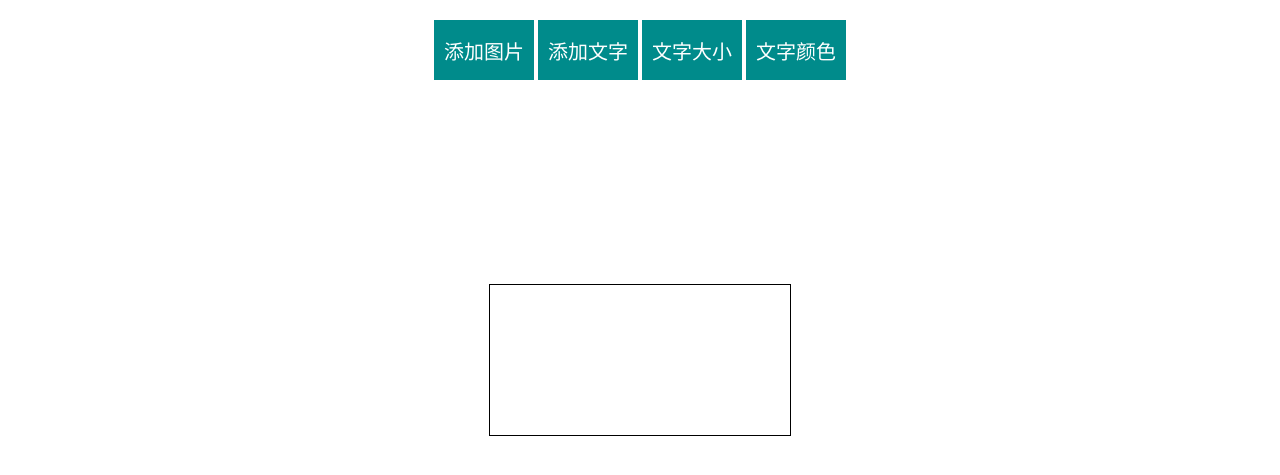
Repository: Xekin-FE/canvas-image-editor
Page: index.html
The author's editor kept a copy of each file at every save. The page is drawn from the files as they stood at one save, then again after the next save.
The browser window is 1280 px wide. The pictures show the whole page.

Above is the page before, as saved 2018-12-14 16:49:11.

### index.html
<!DOCTYPE html>
<html lang="en">
<head>
    <meta charset="UTF-8">
    <meta name="viewport" content="width=device-width, initial-scale=1.0">
    <meta http-equiv="X-UA-Compatible" content="ie=edge">
    <title>小程序</title>
</head>
<link rel="stylesheet" href="./static/css/main.css">
<body>
    <div id="app">
        <canvas id="main"></canvas>
        <div class="components">
            <button onclick="addImage();">添加图片</button>
            <button onclick="addText();">添加文字</button>
            <button onclick="changeTextSize();">文字大小</button>
            <button onclick="changeTextColor();">文字颜色</button>
        </div>
    </div>
    <script src="canvas.min.js"></script>
    <script>
        let can = document.getElementById('main');
        let canvas = new Canvas(can)
        const addImage = () => {
            canvas.createImage('./static/image/test1.jpg')
        };
        const addText = () => {
            canvas.createText()
        };
        const changeTextColor = () => {
            console.log('changeTextColor')
        }
        const changeTextSize = () => {
            console.log('changeTextSize')
        }
    </script>
</body>
</html>
<!-- var c = document.getElementById("myCanvas");
c.width=img.width;
c.height=img.height;
var cxt = c.getContext("2d");
cxt.fillStyle = "rgba(255, 255, 255, 0)";
cxt.fillRect(0, 0, c.width, c.height);
cxt.drawImage(img,0,0);
cxt.save();
cxt.font = fsz+"px Arial";
cxt.textBaseline = 'middle';//更改字号后，必须重置对齐方式，否则居中麻烦。设置文本的垂直对齐方式
cxt.textAlign = 'center';
var tw = cxt.measureText(text).width;
var ftop = 2 * c.height/3-5;
var fleft = c.width/2;
cxt.fillStyle="#ff0000";
cxt.fillRect(fleft-tw/2,ftop-fsz/2,tw,fsz);//矩形在画布居中方式
cxt.fillStyle="#ffffff";
cxt.fillText(text,fleft,ftop);//文本元素在画布居中方式
cxt.strokeStyle = 'white';
cxt.strokeText(text,fleft,ftop);//文字边框 -->

### static/css/main.css
*{
    padding: 0;
    margin: 0;
}
html,body{
    height: 100%;
}
#app{
    width: 100vw;
    height: 100%;
    position: relative;
}
#app #main{
    border: 1px solid #000;
    position: absolute;
    top: 50%;left: 50%;
    transform: translate(-50%,-50%);
    z-index: 1;
}
#app #edit{
    border: 1px solid #000;
    position: absolute;
    top: 50%;left: 50%;
    transform: translate(-50%,-50%);
    z-index: 2;
}
#app .components{
    text-align: center;
    padding: 20px;
}
#app .components button{
    width: 100px;
    height: 60px;
    font-size: 20px;
    background: darkcyan;
    color: #fff;
    border: 0;
    outline: none;
}

### canvas.min.js
class Base {
    constructor(opt){
        this.x = opt.x
        this.y = opt.y
        this.zIndex = opt.zIndex //图层
        this.rotate = opt.rotate
        this.opacity = 1
    }
    dragUpdate(start, end){
    // 位置更新
    }
    scaleUpdate(start, end){
    // 缩放更新
    // 角度处理
    // 放大处理
    }
    opacityUpdate(value){
        this.opacity = value
    }
};

class Text extends Base{
    constructor(opt){
        super(opt)
        this.content = '点击编辑文字'
        this.fontSize = '20px'
        this.fontWeight = '400'
        this.fontColor = '#fff'
        this.fontFamily = 'Microsoft Yahei'
        this.isFillBg = false
    }
    initUpdate(){

    }
    update(property, value){
        //一次操作只能更改一种属性
        this[property] = value
    }
};

class Canvas {
    constructor(obj){
        this.author = 'Xekin'
        this.can = obj
        this.ctx = obj.getContext('2d')
        this.img = new Image()
    }
    createText(){
        console.log('createText')
        var a = new Text()
        a.initUpdate()
    }
    createImage(src){
        console.log('createImage')
        this.img.src = src;
        let maxHeight = 600;
        let maxWidth = 360;
        this.img.onload = () => {
            let imgwidth = this.img.width / this.img.height > 1 ? maxWidth : maxHeight/this.img.height*this.img.width;
            let imgheight = this.img.width / this.img.height > 1 ? maxWidth/this.img.width*this.img.height : maxHeight;
            this.can.width = imgwidth;
            this.can.height = imgheight;
            this.ctx.drawImage(this.img, 0, 0, imgwidth, imgheight);
            this.ctx.save();
        }
    }
};

After the next save:
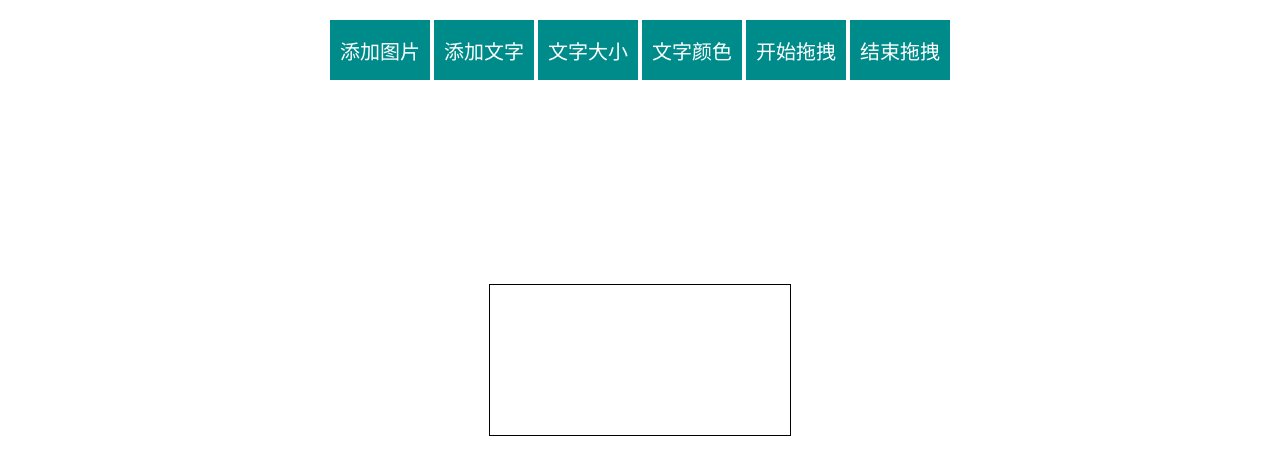
Console error: ReferenceError: Editor is not defined
Saved 2 min 48 s later.
--- a/index.html
+++ b/index.html
@@ -10,29 +10,40 @@
 <body>
     <div id="app">
         <canvas id="main"></canvas>
+        <canvas id="edit"></canvas>
         <div class="components">
             <button onclick="addImage();">添加图片</button>
             <button onclick="addText();">添加文字</button>
             <button onclick="changeTextSize();">文字大小</button>
             <button onclick="changeTextColor();">文字颜色</button>
+            <button onclick="editText();">开始拖拽</button>
+            <button onclick="endText();">结束拖拽</button>
         </div>
     </div>
     <script src="canvas.min.js"></script>
     <script>
-        let can = document.getElementById('main');
-        let canvas = new Canvas(can)
+        let can1 = document.getElementById('main');
+        let can2 = document.getElementById('edit');
+        let canvas = new Canvas(can1)
+        let editor = new Editor(can2)
         const addImage = () => {
-            canvas.createImage('./static/image/test1.jpg')
+            canvas.renderImage('./static/image/test1.jpg')
         };
         const addText = () => {
-            canvas.createText()
+            editor.createText()
         };
         const changeTextColor = () => {
             console.log('changeTextColor')
-        }
+        };
         const changeTextSize = () => {
             console.log('changeTextSize')
-        }
+        };
+        const editText = () => {
+            console.log('editText')
+        };
+        const endText = () => {
+            console.log('endText')
+        };
     </script>
 </body>
 </html>
